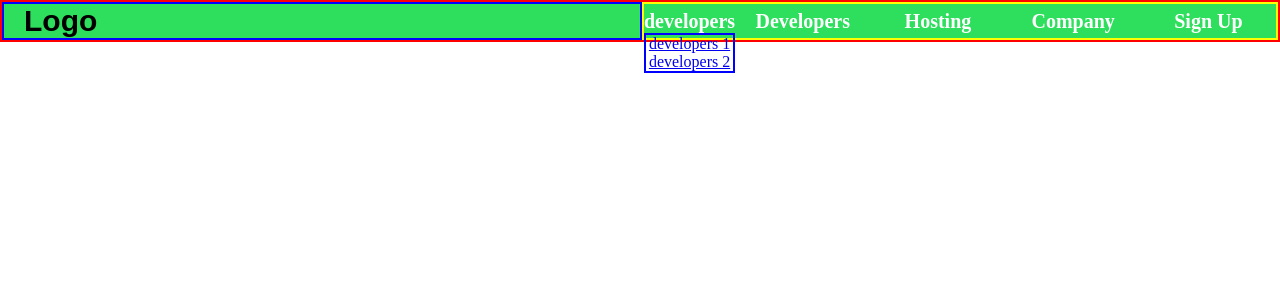
Repository: xtremer15/PracticeProject
Page: PracticeProject/HomeWorks/index.html
These files come from the project's save history. The page is drawn as it stood at one moment and after a run of saves; the edit follows.
The browser window is 1280 px wide. The pictures show the whole page.

Above is the page before, as saved 2020-04-23 13:57:58.
Console error: ReferenceError: ul is not defined

### PracticeProject/HomeWorks/index.html
<!DOCTYPE html>
<html lang="en">

<head>
  <meta charset="UTF-8">
  <meta name="viewport" content="width=device-width, initial-scale=1.0">
  <link rel="stylesheet" href="style.css">
  <title>Document</title>
</head>

<body>
  <header id="main-header">
    <div>
      <p class="logo">Logo</p>
    </div>
    <nav class="navigation--bar">
      <ul class="navigation--bar__list">
       <li style="position: relative">
        <a href="#" class="navigation--bar__list__item">developers</a>
        <div style="position: absolute;">
            <a href="#" class="">developers 1</a>
            <a href="#" class="">developers 2</a>
        </div>
      </li>

        <a href="#" class="navigation--bar__list__item a">a
        </a>
        <a href="#" class="navigation--bar__list__item b">b
        </a>
        <a href="#" class="navigation--bar__list__item c">c
        </a>
        <a href="#" class="navigation--bar__list__item d">d
        </a>
      </ul>
    </nav>
  </header>

  <script src="dropdown.js"></script>
</body>

</html>

### PracticeProject/HomeWorks/style.css
* {
  padding: 0;
  margin: 0;
  font-family: "Times New Roman", Times, serif;
  box-sizing: border-box;
}

#main-header {
  background: #2ddf5c;
  width: 100%;
  z-index: 1;
  display: flex;
  flex-direction: row;
  justify-content: center;
  border: 2px solid red;
}

#main-header div {
  border: 2px solid blue;
  flex: 1;
}

#main-header .logo {
  color: black;
  font-weight: bold;
  font-size: 30px;
  padding-left: 20px;
  font-family: "Montserrat", sans-serif;
}

#main-header .navigation--bar {
  flex: 1;
}

.navigation--bar__list {
  position: relative;
  display: flex;
  flex-direction: row;
  align-items: center;
  text-align: center;
  list-style: none;
  height: 100%;
  width: 100%;
  border: 2px solid yellow;
}

.navigation--bar__list__item,
.a,
.b,
.c,
.d {
  flex: 1;
  margin-left: auto;
  color: white;
  font-size: 20px;
  font-weight: bold;
  text-decoration: none;
}

.container{
  position: absolute;
  list-style:none;
  display: flex;
  top:0;
  left:20px;
}

.dropdown{
  top:0;
  left:20px;
  z-index: 1;
}

### PracticeProject/HomeWorks/dropdown.js
const DORPDOWN_ELEMENTS = [
  {
    elementToDisplayOnNavBar: "Developers",
    submenuForElement: [
      {
        subOpt1: ["Install", "Tutorial", "Doc"],
        subOpt2: ["FAQ", "Forum", "Showcase"],
      },
    ],
  },
  {
    elementToDisplayOnNavBar: "Hosting",
    submenuForElement: [
      {
        subOpt: ["Pricing", "Plans", "More..."],
      },
    ],
  },
  {
    elementToDisplayOnNavBar: "Company",
    submenuForElement: [
      {
        subOpt: ["Carrera", "Culture", "Partners", "Blog"],
      },
    ],
  },
  {
    elementToDisplayOnNavBar: "Sign Up",
  },
];

function attachElement(elementToBechanged, elementToChangeTo) {
  elementToBechanged.innerHTML = elementToChangeTo;
}

function createElement(elementToCreate, attributeToAdd, nameOfAttribute) {
  const element = document.createElement(elementToCreate);
  element.setAttribute(attributeToAdd, nameOfAttribute);
  return element;
}

const arrElems = [];
for (elem of DORPDOWN_ELEMENTS) {
  arrElems.push(elem.elementToDisplayOnNavBar);
}

let subMenuDevelopers = [];
let subMenuHosting = [];
let subMenuCompany = [];

const RENDERED_JS_DOM_ELEMENTS = {
  a: createElement("a", "class", "attribute"),
};

const DOM_SELECTED_ELEMENTS = {
  nav: document.querySelector(".navigation--bar"),
  ul: document.querySelector(".navigation--bar__list"),
  ali: document.querySelector(".a"),
  bli: document.querySelector(".b"),
  cli: document.querySelector(".c"),
  dli: document.querySelector(".d"),
};

let a = attachElement(DOM_SELECTED_ELEMENTS.ali, arrElems[0]);
const b = attachElement(DOM_SELECTED_ELEMENTS.bli, arrElems[1]);
const c = attachElement(DOM_SELECTED_ELEMENTS.cli, arrElems[2]);
const d = attachElement(DOM_SELECTED_ELEMENTS.dli, arrElems[3]);

subMenuDevelopers = DORPDOWN_ELEMENTS[0].submenuForElement[0].subOpt1.concat(
  DORPDOWN_ELEMENTS[0].submenuForElement[0].subOpt2
);
subMenuHosting = DORPDOWN_ELEMENTS[1].submenuForElement[0].subOpt;
subMenuCompany = DORPDOWN_ELEMENTS[2].submenuForElement[0].subOpt;

console.log(subMenuDevelopers);
console.log(subMenuHosting);
console.log(subMenuCompany);

for (elem in subMenuDevelopers) {
  console.log(subMenuDevelopers[elem]);
  let a = createElement("a", "class", "dropdown");
  let ul = createElement("ul", "class", "container");
  a.innerHTML = subMenuDevelopers[elem];
  ul.appendChild(a)
}
DOM_SELECTED_ELEMENTS.ul.appendChild(ul);

After the next 5 saves:
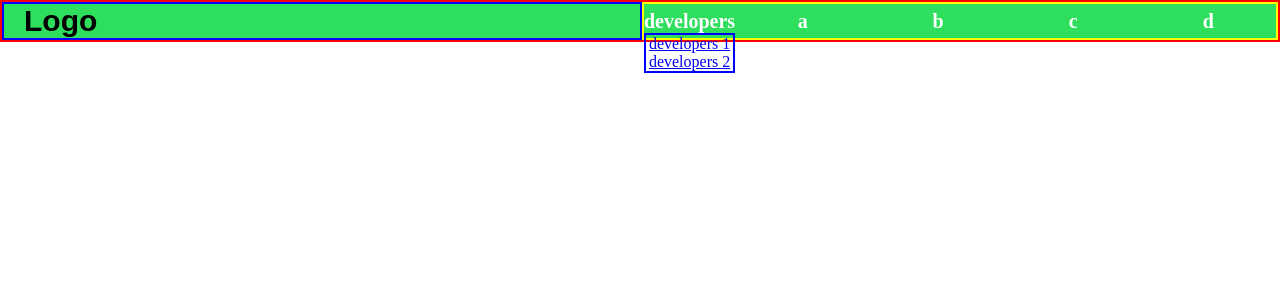
Console error: SyntaxError: Identifier 'a' has already been declared
The 5 saves are shown as one change because they came seconds apart.
The last was saved 17 s later.
--- a/PracticeProject/HomeWorks/dropdown.js
+++ b/PracticeProject/HomeWorks/dropdown.js
@@ -76,10 +76,11 @@ console.log(subMenuDevelopers);
 console.log(subMenuHosting);
 console.log(subMenuCompany);
 
+let a = createElement("a", "class", "dropdown");
+let ul = createElement("ul", "class", "container");
+
 for (elem in subMenuDevelopers) {
   console.log(subMenuDevelopers[elem]);
-  let a = createElement("a", "class", "dropdown");
-  let ul = createElement("ul", "class", "container");
   a.innerHTML = subMenuDevelopers[elem];
   ul.appendChild(a)
 }
